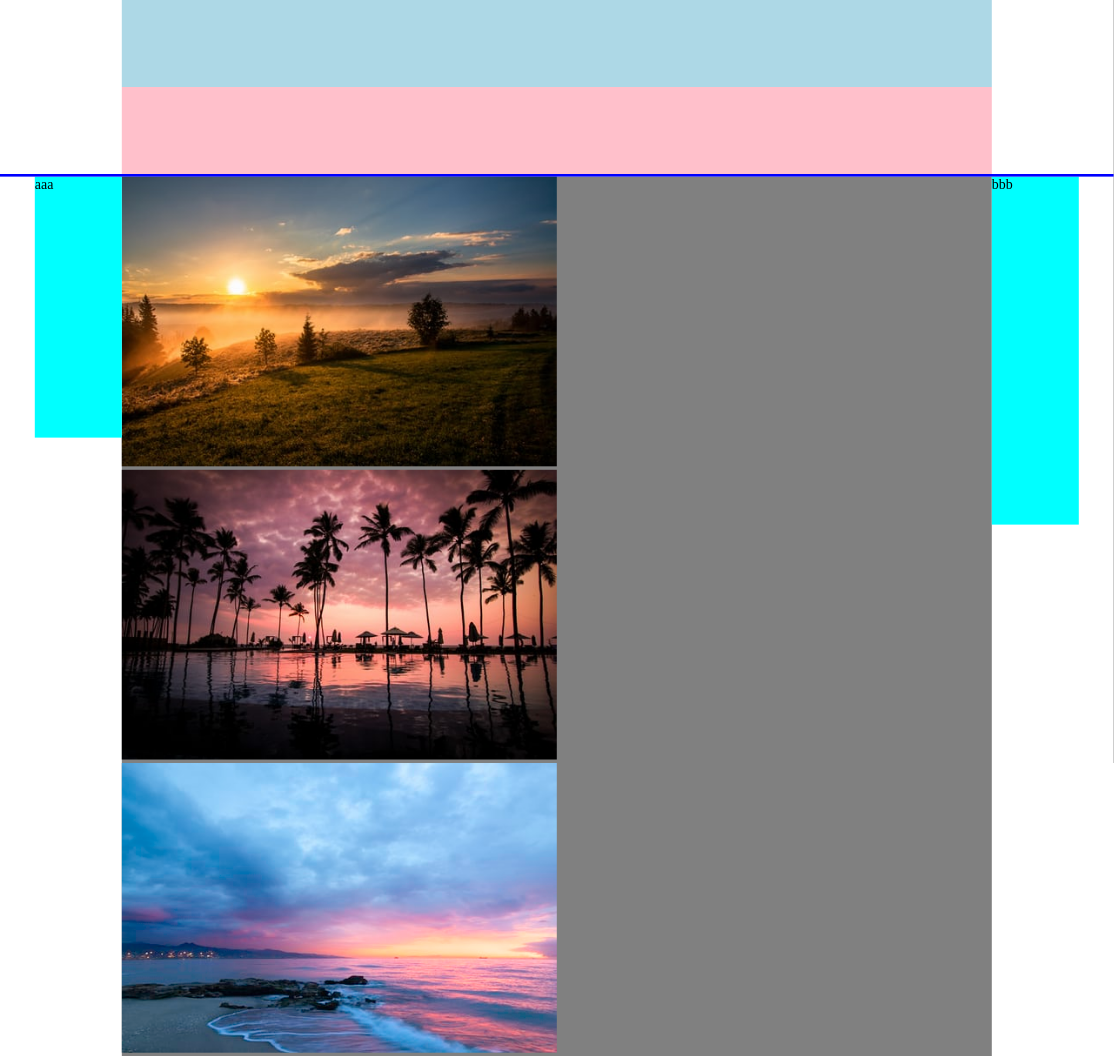
Repository: ArchivvonJang/learn_program_language
Page: webApp/WebContent/Javascript/js21_scrollBanner/img/js21_scrollBanner.html
These files come from the project's save history. The page is drawn as it stood at one moment and after the next save; the edit follows.
The browser window is 1280 px wide. The pictures show the whole page, at 87% of full size.

Above is the page before, as saved 2021-03-04 01:48:26.

### webApp/WebContent/Javascript/js21_scrollBanner/img/js21_scrollBanner.html
<!DOCTYPE html>
<html>
<head>
<meta charset="UTF-8">
<title>Insert title here</title>
<style>
	body{
		margin:0px;
	}
	#header1, #header2{
		height:100px;
		width:1000px;
		margin:0 auto;
	}
	#header1{
		background-color:lightblue;
	}
	#header2{
		background-color:pink;
	}
	#bar{
		position:relative; /*현재 위치를 기준(top: 0)*/
		height:3px;
		background-color:blue;
		z-index:100;
		top:0px;

	}
	#content{
		width:1000px;
		margin:0 auto;
		background-color:gray;
		position:relative;
	}

	/*배너*/
	#leftBanner, #rightBanner{
		position:absolute;
		width:100px;
		background-color:cyan;
	}
	#leftBanner{
		left:-100px;
		top:0px;/*제일 위로 올라오기*/
		height:300px;
	}
	#rightBanner{
		left:1000px;
		top:0px;
		height:400px;
	}
</style>

<script>
// 하늘색 누르면 사라지게 하기~!
	function event1(){
		document.getElementById("header1").addEventListener('click', function(){
			document.getElementById("header1").style.display="none";
		});// 클릭이벤트가 발생하면 함수실행
	}
//scrollEvent
	function bannerMove(){
		// 현재 스크롤 바 위치
		var scrollY = window.scrollY;

		// header의 높이구하기
		var top = 200; // div header1 + 2 의 높이
		if(document.getElementById("header1").style.display=="none"){
			top=100; // 하늘색 없어지면 높이 100됨
		}
		// 스크롤바가 top보다 내려갔을 때
		var bar= document.getElementById("bar").style; // blue line
		var lBanner=document.getElementById("leftBanner").style; // leftBanner
		var rBanner=document.getElementById("rightBanner").style; // rightBanner

		if(scrollY>top){
			bar.top=scrollY-top+"px";
			lBanner.top=scrollY-top+"px";
			rBanner.top=scrollY-top+"px";
		}else{ // 스크롤바가
			bar.top="0px";
			lBanner.top="0px";
			rBanner.top="0px";
		}
}
</script>

</head>
<body onload="event1()" onscroll="bannerMove()">
<div id= "header1" ></div>
<div id="header2"></div>
<div id="bar"></div>
<div id="content">
	<img src="../img/sunset1.jpg"/>
	<img src="../img/sunset2.jpg"/>
	<img src="../img/sunset3.jpg"/>

	<!-- 배너 -->
	<div id="leftBanner">aaa</div>
	<div id="rightBanner">bbb</div>

	</div>
</body>
</html>

After the next save:
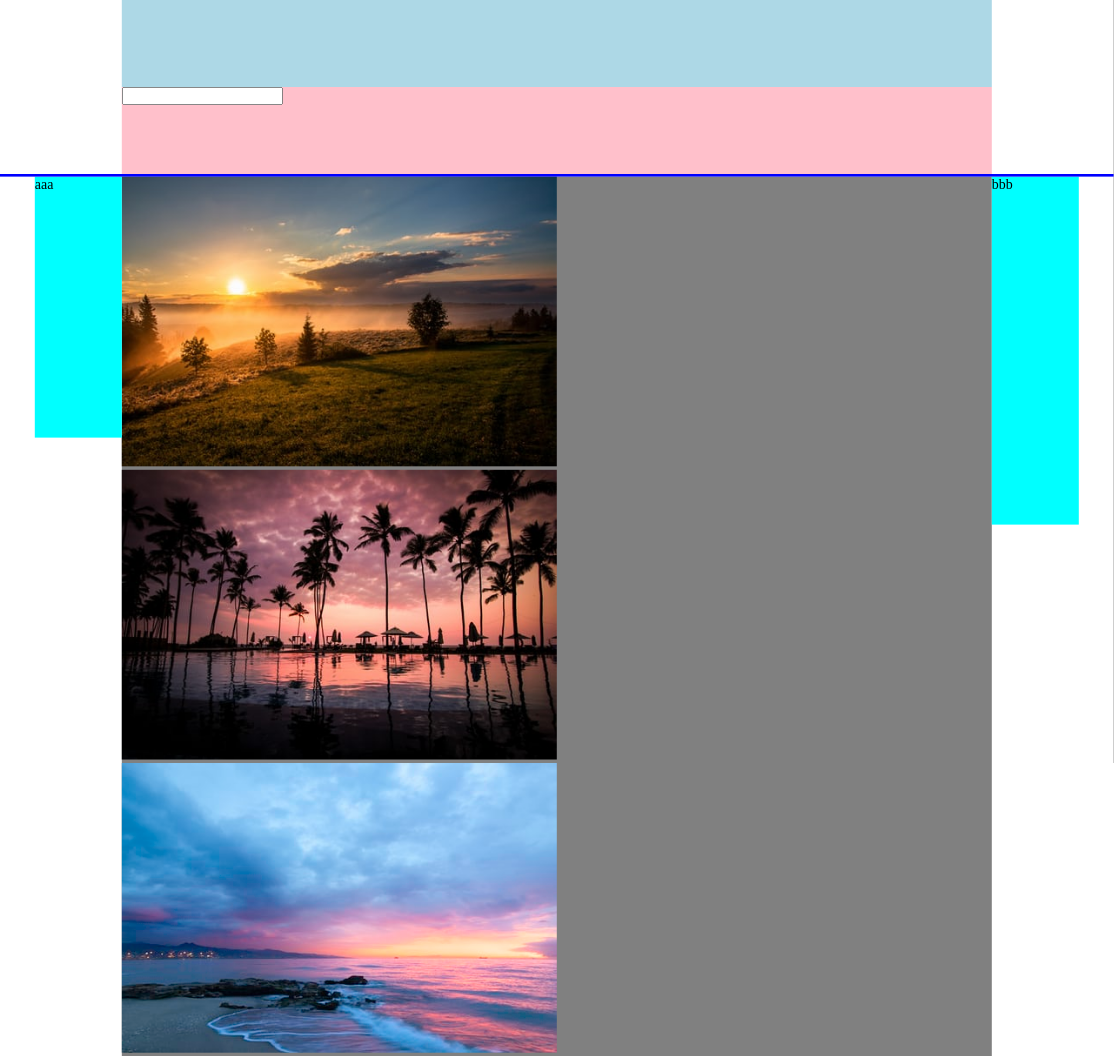
Saved 2 min 22 s later.
--- a/webApp/WebContent/Javascript/js21_scrollBanner/img/js21_scrollBanner.html
+++ b/webApp/WebContent/Javascript/js21_scrollBanner/img/js21_scrollBanner.html
@@ -88,7 +88,9 @@
 </head>
 <body onload="event1()" onscroll="bannerMove()">
 <div id= "header1" ></div>
-<div id="header2"></div>
+<div id="header2">
+	<input type="text" id="txt"/>
+</div>
 <div id="bar"></div>
 <div id="content">
 	<img src="../img/sunset1.jpg"/>
